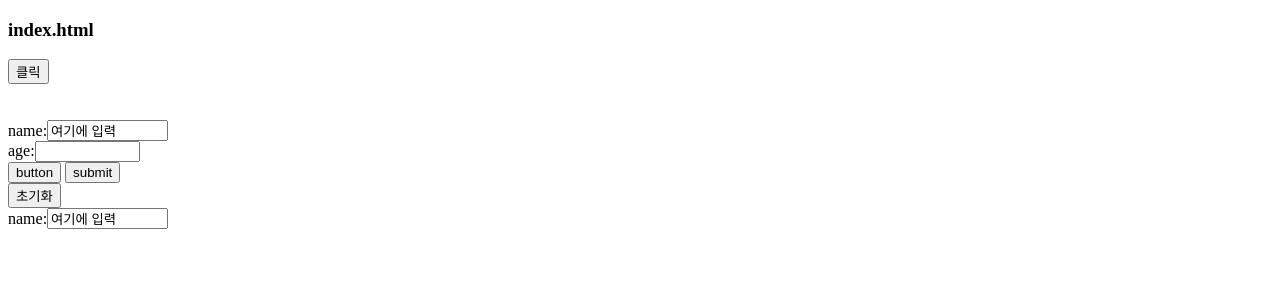
Repository: Jv2020/bitcamp
Page: html/sample04/WebContent/index.html
These files come from the project's save history. The page is drawn as it stood at one moment and after the next save; the edit follows.
The browser window is 1280 px wide. The pictures show the whole page.

Above is the page before, as saved 2020-01-03 02:13:30.

After the next save:
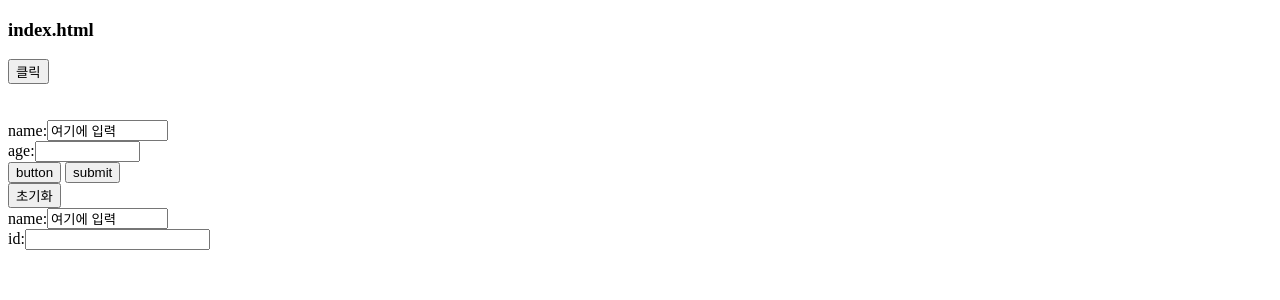
Saved 68 s later.
--- a/html/sample04/WebContent/index.html
+++ b/html/sample04/WebContent/index.html
@@ -54,6 +54,10 @@ event resource와 같이 많이 사용.
 
 name:<input type="text" value="여기에 입력" size="12">
 
+<form action="NewFile.jsp">
+	id:<input type="text" name="id">
+</form>
+
 
 </body>
 </html>
